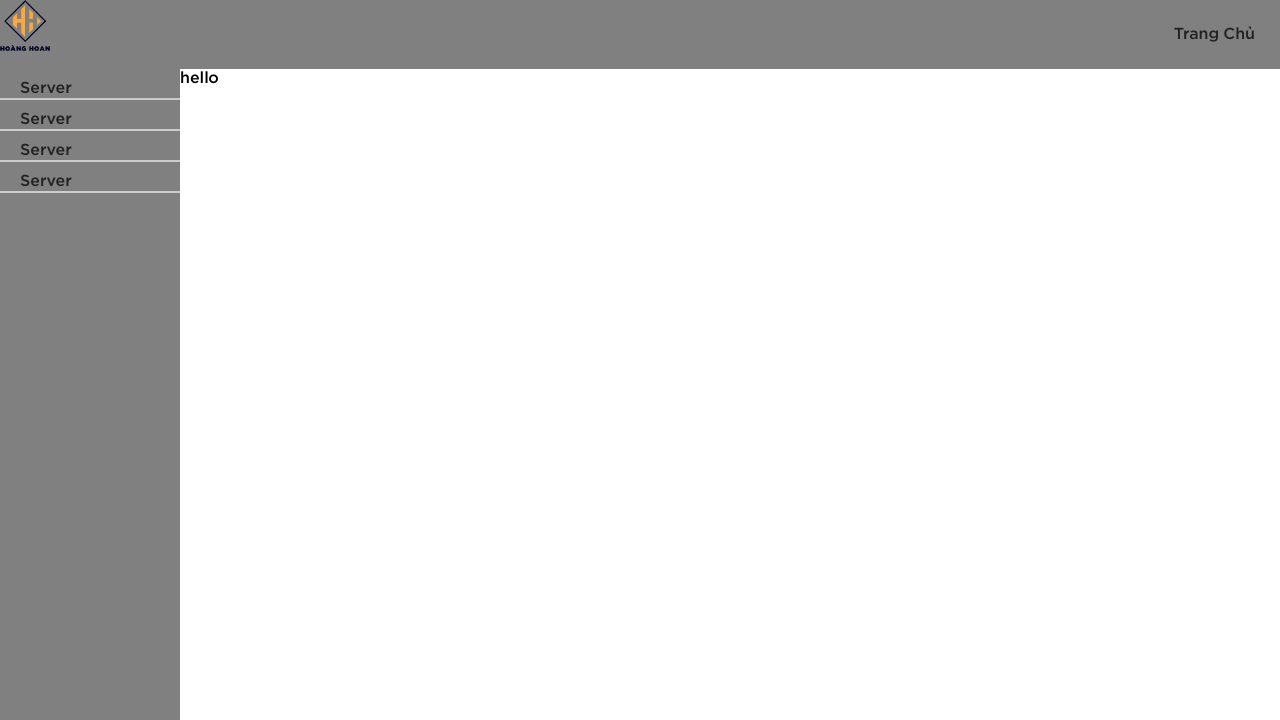
Repository: LDDUNG2003/prj_2
Page: /adminLocal
The author's editor kept a copy of each file at every save. The page is drawn from the files as they stood at one save, then again after the next save.
The browser window is 1280 px wide. The pictures show the whole page.
The project was rebuilt for these pictures with package versions that can differ from the ones it lists, and the page was loaded fresh each time. Also part of the build but not shown: src/layouts/header/itemsHeader/index.js, src/layouts/header/loginHeader/index.js, src/layouts/header/index.js, src/layouts/footer/index.js, src/layouts/defaultLayout/index.js, src/font-awesome/index.js, src/pages/home/setProductSlick/index.js, src/pages/home/index.js and 9 more.

Above is the page before, as saved 2023-10-02 16:07:49.

### public/index.html
<!doctype html>
<html lang="en">
  <head>
    <meta charset="utf-8">
    <meta name="viewport" content="width=device-width, initial-scale=1">
    <link rel="shortcut icon" href="./img/logo.png">
    <link rel="preconnect" href="https://fonts.googleapis.com">
    <link rel="preconnect" href="https://fonts.gstatic.com" crossorigin>
    <link href="https://fonts.googleapis.com/css2?family=Roboto:ital,wght@0,100;0,300;0,400;0,500;1,100;1,400;1,500;1,700;1,900&display=swap" rel="stylesheet">
    <title>Nội Thất Hoàng Hoan</title>
  </head>
  <body>
    <div id="root"></div>
  </body>
</html>

### src/index.js
import React from 'react';
import ReactDOM from 'react-dom';
import App from './App';
import './index.css';

const root = ReactDOM.createRoot(document.getElementById('root'));
root.render(
  <React.StrictMode>
    <App />
  </React.StrictMode>,
);

### src/index.css
@font-face {
    font-family: "Gotham-Medium";
    src: url(./styles/front/Gotham-Medium.otf);
}

@font-face {
    font-family: "Gotham-Thin";
    src: url(./styles/front/Gotham-Thin.otf);
}

@font-face {
    font-family: "Gotham-Ultra";
    src: url(./styles/front/Gotham-Ultra.otf);
}

html,
body {
    height: 100%;
}

#root {
    height: 100%;
}

.App {
    height: 100%;
}

### src/layouts/AdminLayout/index.js
import Header from './Header'
import AdminMenu from './AdminMenu';

function AdminLayout({children}) {
    return (
       <div className='Admin-content'>
       <Header/>
       <div className="admin-content">
        <AdminMenu/><div className="content-admin">
          {children}
        </div>
       </div>
       </div>
     );
}

export default AdminLayout;

### src/routes/index.js
import Home from '~/pages/home'
import News from '~/pages/news'
import Contact from '~/pages/contact'
import page404 from '~/pages/notfoud'
import Login from '~/pages/login'
import AdminLocal from '~/pages/adminPage'
import Upload from '~/pages/adminPage/upLoad'
import LocaPage from '~/pages/adminPage/pageLocal'


const publicRoute = [
    {path: '/',component: Home},
    {path: '/news',component: News},
    {path: '/contact',component: Contact},
    {path: '/*',component: page404, layout: 'notlayout'},
    {path: '/login',component: Login,layout: 'notlayout'},
    {path: '/adminLocal',component:AdminLocal,layout: 'adminLayout'},
    {path: '/AdminUpLoad',component:Upload , layout: 'adminLayout'},
    {path: '/pageLocalAdmin',component:LocaPage, layout: 'adminLayout'}
]

const AdminRoute = [
]

export  { AdminRoute, publicRoute}

### src/styles/css/responsive.css
@media (min-width:767px) {
    #mobileMenu {
        display: none;
    }
}

@media (max-width: 767px) {
    #root {
        margin: 0px 5px;
    }
    #mobileMenu {
        display: block;
        text-align: center;
    }
    .logo--block {
        width: 100%;
        display: flex;
        align-items: center;
        justify-content: space-between;
    }
    .navBar {
        display: block;
        height: auto;
    }
    .choose-item {
        width: 100%;
    }
    .menu-mobile {
        width: 40px;
        height: 40px;
        padding: 10px;
        border: 0px;
        background-color: var(--primary-color);
    }
    .news--item-container {
        font-size: 11px;
    }
    .content--title::before {
        display: none;
    }
    .new--item-heading {
        font-size: 14px;
    }
    .navBar__list {
        display: none;
        width: 100%;
    }
    .navBar__list-item {
        padding: 4px;
        border-bottom: 2px solid #ccc;
    }
    .about__us {
        background: none;
    }
    .about__us::before {
        background: none;
    }
    .content__focut {
        position: static;
    }
    .focut--item {
        width: 50%;
    }
    .content__banner {
        width: 100%;
    }
    .banner--content {
        display: none;
    }
    .slick-prev:before,
    .slick-next:before {
        display: none;
    }
    .about--background {
        display: none;
    }
    .about__us-bag {
        position: static;
    }
    .about--block {
        display: block;
    }
    .about--content {
        width: 100%;
        color: var(--text-color);
    }
    .about--content img {
        width: 100%;
    }
    .content--title {
        color: var(--text-color);
    }
    .news--contain {
        display: block;
    }
    .mobile-display {
        display: none;
    }
    .news--contain--item {
        width: 100%;
    }
    .news--list-item {
        width: 100%;
        overflow: hidden;
    }
    .news--list-item img {
        height: 100%;
    }
    .partner--list {
        flex-wrap: wrap;
    }
    .partner--item {
        width: 50%;
    }
    .content--contact {
        display: none;
    }
    .footer__lable {
        display: block;
    }
    .footer--list {
        width: 100%;
        padding: 10px 0px;
    }
    .footer--list-item {
        width: 100%;
        padding: 5px 0px;
    }
    /* news responsive */
    .news--content-list {
        margin: 0px 20px;
    }
    .news--content-item {
        width: 100%;
    }
    .featured--list {
        width: 100%;
        margin: 10px;
        flex-wrap: wrap;
    }
    .featured--item {
        width: 100%;
    }
}

### src/styles/css/base.css
* {
    padding: 0px;
    margin: 0px;
    font-family: "Gotham-Medium";
    text-align: justify;
}

:root {
    --primary-color: #bd945f;
    --text-color: #222222;
}


/* font setting */

.App {
    width: 100%;
    overflow: hidden;
    background-color: #fff;
}

.main {
    width: 100%;
}

.header {
    padding: 10px 0px;
    margin: auto;
    width: 100%;
    max-width: 1200px;
}

.navBar {
    display: flex;
    width: 100%;
    justify-content: space-between;
}

.logo {
    height: 60px;
}

.navBar__list {
    display: flex;
    list-style: none;
    align-items: center;
}

.navBar__list-item {
    margin: 0 10px;
    position: relative;
}

.navBar__list--link {
    text-transform: uppercase;
    font-size: 16px;
    color: var(--text-color);
    text-decoration: none;
}

.navBar__list-item::before {
    content: '';
    background-color: var(--primary-color);
    display: block;
    height: 4px;
    margin-top: 7px;
    width: 0px;
    top: 75%;
    position: absolute;
    transition: 0.3s;
    z-index: 1;
}

.Login--navBar {
    list-style: none;
    position: absolute;
    z-index: 1;
    width: 240px;
    background-color: #fff;
    padding: 15px;
    right: 0px;
    top: 150%;
    border-radius: 5px;
    border: solid 1px #ccc;
    display: none;
}

.Login--navBar::after {
    content: '';
    width: 120px;
    display: block;
    height: 9px;
    position: absolute;
    top: -9px;
    right: 0px;
}

.navBar__list-item:hover .Login--navBar {
    display: block;
}

.Login__list-item {
    padding: 4px 0px;
}

.select--item::before {
    content: '';
    background-color: var(--primary-color);
    display: block;
    height: 4px;
    margin-top: 7px;
    width: 65px;
    top: 75%;
    position: absolute;
    z-index: 1;
}

.navBar__list-item:hover::before {
    width: 65px;
}

.featured--content {
    padding-top: 10px;
    text-align: center;
}

.featured-name {
    display: contents;
    font-size: 18px;
    text-transform: capitalize;
}

.evaluate--list {
    list-style: none;
    display: flex;
    justify-content: center;
}

.evaluate--list li {
    padding: 5px;
    margin: 0;
}

.note-product {}

.content--title {
    font-size: 32px;
    padding: 50px 0px;
    text-align: center;
    position: relative;
    text-transform: uppercase;
}

.content--title::before {
    content: '';
    background-color: var(--primary-color);
    width: 90px;
    height: 9px;
    position: absolute;
    top: 70%;
    right: 47%;
}

.content__featured {
    width: 100%;
    max-width: 1200px;
    margin: auto;
    padding-bottom: 30px;
}

.featured--list {
    width: 100%;
    list-style: none;
    display: flex;
    text-align: center;
}

.featured--item {}

.featured--img {
    width: 80%;
    margin: auto;
}

.price-product {
    text-align: center;
    padding: 7px 0px;
    font-weight: 800;
    font-size: 16px;
}

.slick-prev:before,
.slick-next:before {
    color: var(--primary-color) !important;
    width: 15px;
    display: inline-block;
}

.footer {
    padding: 20px 0px;
    background-color: black;
}

.footer__lable {
    max-width: 1200px;
    margin: auto;
    display: flex;
    width: 100%;
    justify-content: space-around;
    color: #fff;
    justify-content: space-between;
}

.footer--list {
    list-style: none;
    width: 32%;
}

.footer--list-item {
    font-size: 16px;
    padding-top: 8px;
    text-transform: capitalize;
    font-family: initial;
}

.footer--list-heading {
    font-size: 18px;
    font-weight: 300;
    text-transform: uppercase;
    position: relative;
    padding-bottom: 0px;
    font-family: 'Gotham-Medium';
}

.footer--list-heading::after {
    content: '';
    background-color: var(--primary-color);
    width: 110px;
    padding-top: 6px;
    position: absolute;
    left: 0px;
    bottom: -8px;
}

.footer--inheri {
    text-transform: uppercase;
    font-weight: 600;
    font-size: 18px;
}

.footer--list-contact {
    display: flex;
    list-style: none;
}

.fooder--list-contact-item {
    width: 16px;
    padding: 5px;
}

### src/layouts/AdminLayout/Header/index.js
import { Link } from "react-router-dom";
import Logo from "~/logo.png"
import '../styles/index.css'
function Header() {
    return (
        <nav className="admin_laybel">
            <Link to="/"><img className="logo-admin" src={Logo} alt="" /></Link>
            <ul className="admin-List">
                <li className='Admin-item'><Link className="admin-Link" to='/'>Trang Chủ</Link></li>
            </ul>
        </nav>
     );
}

export default Header;

### src/layouts/AdminLayout/AdminMenu/index.js
import { Link } from "react-router-dom";

function AdminMenu() {
    return (
        <nav className="Menu-Admin">
            <ul className="Menu-List">
                <li className="Menu-List--item"><Link className="admin-Link" to='/'>Server</Link></li>
                <li className="Menu-List--item"><Link className="admin-Link" to='/'>Server</Link></li>
                <li className="Menu-List--item"><Link className="admin-Link" to='/'>Server</Link></li>
                <li className="Menu-List--item"><Link className="admin-Link" to='/'>Server</Link></li>
            </ul>
        </nav>
    );
}

export default AdminMenu;

### src/pages/adminPage/index.js
import { Link } from "react-router-dom";

function AdminLocal() {
    function Redirect() {
        window.location="http://localhost:3000/";
     }

    var adminAccount = true;
    if(adminAccount) {
        return (
            <div className="content">hello</div>
        );
    }else{
        Redirect()
        console.log("null admin accound")
    }
}

export default AdminLocal;

### src/layouts/AdminLayout/styles/index.css
.Admin-content {
    height: 100%;
}

.logo-admin {
    width: 50px;
    filter: contrast(200%);
}

.admin_laybel {
    background-color: gray;
    display: flex;
    width: 100%;
    max-width: 1300px;
    justify-content: space-between;
    margin: auto;
}

.admin-List {
    display: flex;
    padding: 10px;
    list-style: none;
}

.Admin-item {
    padding: 15px;
}

.admin-Link {
    font-size: 1rem;
    color: var(--text-color);
    text-decoration: none;
    text-transform: capitalize;
    width: 100%;
    display: block;
}

.admin-Link:hover {
    color: white !important;
}

.admin-content {
    display: flex;
    width: 100%;
    max-width: 1300px;
    margin: auto;
    height: 100%;
}

.Menu-Admin {
    width: 180px;
    height: 100%;
    background-color: gray;
}

.Menu-List {
    list-style: none;
}

.Menu-List--item {
    padding-left: 20px;
    padding-top: 10px;
    border-bottom: 2px solid #ccc;
    width: 100%;
}

.Menu-List--item:hover {
    background-color: wheat !important;
}

### src/pages/notfoud/index.css
* {
    -webkit-box-sizing: border-box;
    box-sizing: border-box;
}

body {
    padding: 0;
    margin: 0;
}

#notfound {
    position: relative;
    height: 100vh;
}

#notfound .notfound {
    position: absolute;
    left: 50%;
    top: 50%;
    -webkit-transform: translate(-50%, -50%);
    -ms-transform: translate(-50%, -50%);
    transform: translate(-50%, -50%);
}

.notfound {
    max-width: 520px;
    width: 100%;
    line-height: 1.4;
    text-align: center;
}

.notfound .notfound-404 {
    position: relative;
    height: 200px;
    margin: 0px auto 20px;
    z-index: -1;
}

.notfound .notfound-404 h1 {
    font-family: 'Montserrat', sans-serif;
    font-size: 236px;
    font-weight: 200;
    margin: 0px;
    color: #211b19;
    text-transform: uppercase;
    position: absolute;
    left: 50%;
    top: 50%;
    -webkit-transform: translate(-50%, -50%);
    -ms-transform: translate(-50%, -50%);
    transform: translate(-50%, -50%);
}

.notfound .notfound-404 h2 {
    font-family: 'Montserrat', sans-serif;
    font-size: 28px;
    font-weight: 400;
    text-transform: uppercase;
    color: #211b19;
    background: #fff;
    padding: 10px 5px;
    margin: auto;
    display: inline-block;
    position: absolute;
    bottom: 0px;
    left: 0;
    right: 0;
}

.notfound a {
    font-family: 'Montserrat', sans-serif;
    display: inline-block;
    font-weight: 700;
    text-decoration: none;
    color: #fff;
    text-transform: uppercase;
    padding: 13px 23px;
    background: #ff6300;
    font-size: 18px;
    -webkit-transition: 0.2s all;
    transition: 0.2s all;
}

.notfound a:hover {
    color: #ff6300;
    background: #211b19;
}

@media only screen and (max-width: 767px) {
    .notfound .notfound-404 h1 {
        font-size: 148px;
    }
}

@media only screen and (max-width: 480px) {
    .notfound .notfound-404 {
        height: 148px;
        margin: 0px auto 10px;
    }
    .notfound .notfound-404 h1 {
        font-size: 86px;
    }
    .notfound .notfound-404 h2 {
        font-size: 16px;
    }
    .notfound a {
        padding: 7px 15px;
        font-size: 14px;
    }
}

### src/styles/css/login.css
.login-page {
    width: 100%;
    height: 100%;
    padding: auto;
    padding: 10% 0 10% 0;
    margin: auto;
    background-color: #87c98b;
}

.form {
    position: relative;
    z-index: 1;
    background: #ffffff;
    max-width: 360px;
    margin: 0 auto 100px;
    padding: 45px;
    text-align: center;
    box-shadow: 0 0 20px 0 rgba(0, 0, 0, 0.2), 0 5px 5px 0 rgba(0, 0, 0, 0.24);
}

.form input {
    font-family: "Roboto", sans-serif;
    outline: 0;
    background: #f2f2f2;
    width: 100%;
    border: 0;
    margin: 0 0 15px;
    padding: 15px;
    box-sizing: border-box;
    font-size: 14px;
}

.form button {
    font-family: "Roboto", sans-serif;
    text-transform: uppercase;
    outline: 0;
    background: #4CAF50;
    width: 100%;
    border: 0;
    padding: 15px;
    color: #FFFFFF;
    font-size: 14px;
    -webkit-transition: all 0.3 ease;
    transition: all 0.3 ease;
    cursor: pointer;
}

.form button:hover,
.form button:active,
.form button:focus {
    background: #43A047;
}

.form .message {
    margin: 15px 0 0;
    color: #b3b3b3;
    font-size: 12px;
}

.form .message a {
    color: #4CAF50;
    text-decoration: none;
}

.form .register-form {
    display: none;
}

.container {
    position: relative;
    z-index: 1;
    max-width: 300px;
    margin: 0 auto;
}

.container:before,
.container:after {
    content: "";
    display: block;
    clear: both;
}

.container .info {
    margin: 50px auto;
    text-align: center;
}

.container .info h1 {
    margin: 0 0 15px;
    padding: 0;
    font-size: 36px;
    font-weight: 300;
    color: #1a1a1a;
}

.container .info span {
    color: #4d4d4d;
    font-size: 12px;
}

.container .info span a {
    color: #000000;
    text-decoration: none;
}

.container .info span .fa {
    color: #EF3B3A;
}

body {
    /* background: #76b852; */
    /* fallback for old browsers */
    /* background: rgb(141, 194, 111);
    background: linear-gradient(90deg, rgba(141, 194, 111, 1) 0%, rgba(118, 184, 82, 1) 50%); */
    font-family: "Roboto", sans-serif;
    -webkit-font-smoothing: antialiased;
    -moz-osx-font-smoothing: grayscale;
}

### src/styles/css/home.css
.content {
    width: 100%;
    /* max-width: 1500px; */
    margin: auto;
}

.content__banner {
    width: 100%;
    position: relative;
}

.content--list-image {
    width: 100%;
    max-width: 1500px;
    margin: auto;
}

.content--image {
    width: 100%;
}

.banner--content {
    position: absolute;
    top: 10%;
    left: 15%;
}

.banner--content-text-title {
    text-transform: uppercase;
    font-family: 800;
    font-family: "gotham-utral";
    font-size: 25px;
}

.banner--content-text {
    font-size: 18px;
    color: var(--text-color);
    width: 420px;
}

.banner--button {
    padding: 20px;
    color: aliceblue;
    background-color: var(--primary-color);
    border: none;
    font-family: "gotham-utral";
    font-size: 18px;
    cursor: pointer;
}

.content__focut {
    position: relative;
    background-color: #ffffff;
    top: -60px;
    max-width: 1200px;
    width: 100%;
    margin: auto;
}

.focut--list {
    margin: auto;
    display: flex;
    width: 100%;
    list-style: none;
    flex-wrap: wrap;
}

.focut--item {
    width: 25%;
    text-align: center;
}

.focut--img {
    width: 100%;
}

.focut--text {
    text-align: center;
    font-size: 23px;
}

.content__featured {
    width: 100%;
    max-width: 1200px;
    margin: auto;
    padding-bottom: 30px;
}

.featured--list {
    width: 100%;
    list-style: none;
    display: flex;
    text-align: center;
}

.featured--item {
    width: 24%;
}

.featured--img {
    width: 80%;
    margin: auto;
}

.about__us {
    position: relative;
    width: 100%;
    max-width: 1500px;
    margin: auto;
    padding: 20px 0px;
    background-image: url("../img/bg-about-us.jpg");
    display: flex;
    justify-content: center;
}

.about__us::before {
    content: "";
    position: absolute;
    width: 100%;
    height: 100%;
    background-color: black;
    opacity: 0.5;
    z-index: 0;
    top: 0px;
    display: block;
}

.about__us-bag {
    top: 0px;
    width: 100%;
    max-width: 1200px;
    left: 10%;
    color: #ffffff;
    z-index: 1;
}

.about__content {
    width: 100%;
}

.about--block {
    display: flex;
    justify-content: space-between;
}

.about--content {
    width: 47%;
}

.about--content--title {
    font-size: 23px;
}

.about--text--list {
    font-size: 16px;
    padding: 10px 0px;
}

.about--text {
    padding: 10px 0px;
}

.about--list {
    list-style: none;
    display: flex;
}

.about--item {
    width: 20%;
    padding: 4px;
}

.about--img {
    width: 100%;
}

.choose__choose {
    width: 100%;
}

.choose--list {
    list-style: none;
    display: flex;
    flex-wrap: wrap;
    justify-content: space-between;
}

.choose--item {
    align-items: center;
    margin: 5px 0px;
    width: 48%;
    display: flex;
    background-color: #ffffff;
}

.choose--content-title {
    color: var(--primary-color);
    font-size: 23px;
    text-transform: uppercase;
    font-weight: 800;
}

.choose--text {
    font-weight: 700;
    font-size: 16px;
    padding: 5px 0px;
    color: var(--text-color);
}

.news {
    margin: auto;
    width: 100%;
    max-width: 1500px;
}

.content--title {}

.news--contain {
    margin: auto;
    display: flex;
    width: 100%;
    justify-content: space-between;
}

.news--contain--item {
    width: 48%;
    position: relative;
}

.impotant--grd {
    height: 460px;
    width: 100%;
}

.news-contain-impotant {
    margin-right: 10px;
    position: absolute;
    bottom: 0;
    height: 30%;
    background-color: var(--primary-color);
    padding: 20px 10px;
    width: 100%;
}

.news--impotant-heading {
    font-size: 23px;
    text-transform: uppercase;
    color: #ffffff;
}

.news--impotant-text {
    font-size: 16px;
}

.news--list {
    list-style: none;
}

.news--list-item {
    margin: 5px 0;
    display: flex;
    height: 105px;
}

.new--item-heading {
    font-size: 21px;
    text-transform: capitalize;
}

.news--item-container {
    font-size: 16px;
    margin: 5px;
    font-weight: 100;
    text-align: justify;
}

.news--impotant-text {
    margin: 0px;
}

.partner--contain {}

.partner--list {
    display: flex;
    list-style: none;
    flex-wrap: wrap;
    width: 100%;
    /* setup max width  */
    max-width: 1200px;
    margin: auto;
}

.partner--item {
    /* setup width calc 100/7 */
    width: calc(100% / 7);
    /* width: calc(100%/7%); */
}

.content--contact {
    width: 100%;
    margin: auto;
    max-width: 1600px;
    position: relative;
    box-sizing: border-box;
}

.contact--contain {
    height: 100%;
}

.contact-bg {
    width: 100%;
    height: 100%;
}

.contact-contain {}

.contact-image {
    position: absolute;
    display: none;
}

Loaded but not shown: src/App.js (43 lines, source omitted)

After the next save:
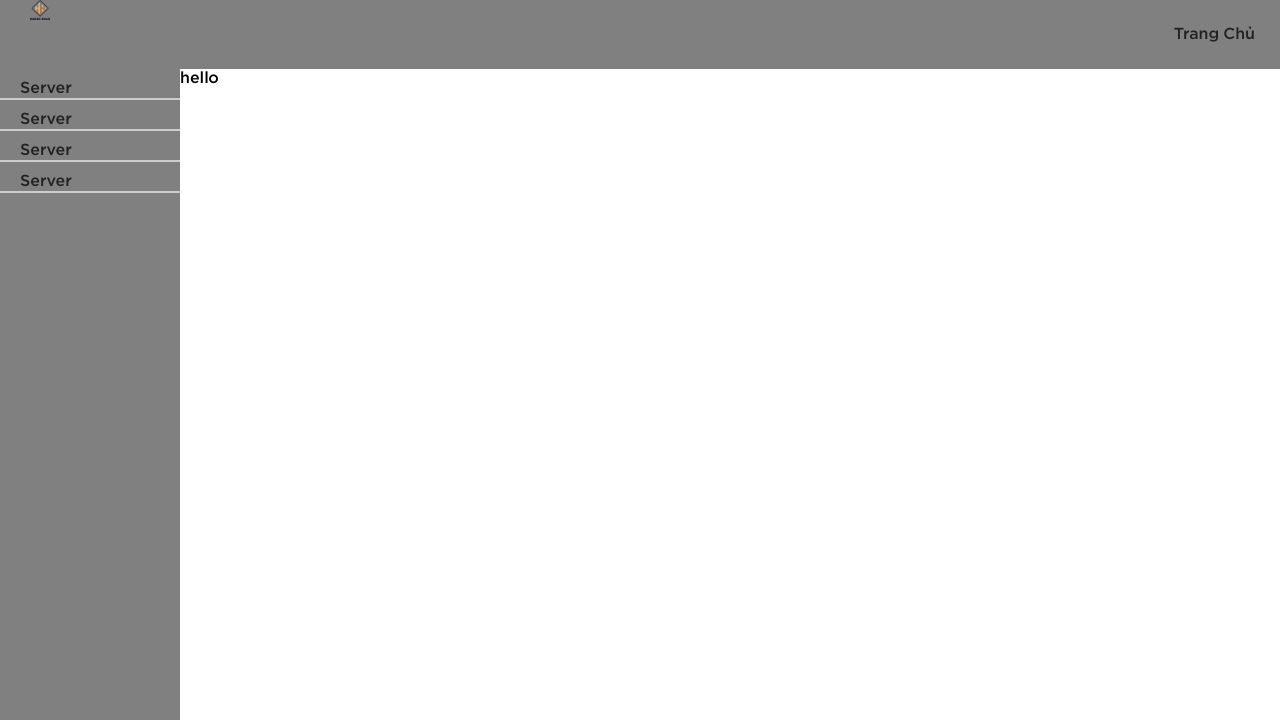
Saved 28 s later.
--- a/src/layouts/AdminLayout/styles/index.css
+++ b/src/layouts/AdminLayout/styles/index.css
@@ -3,6 +3,7 @@
 }
 
 .logo-admin {
+    padding-left: 30px;
     width: 50px;
     filter: contrast(200%);
 }

After the save that followed:
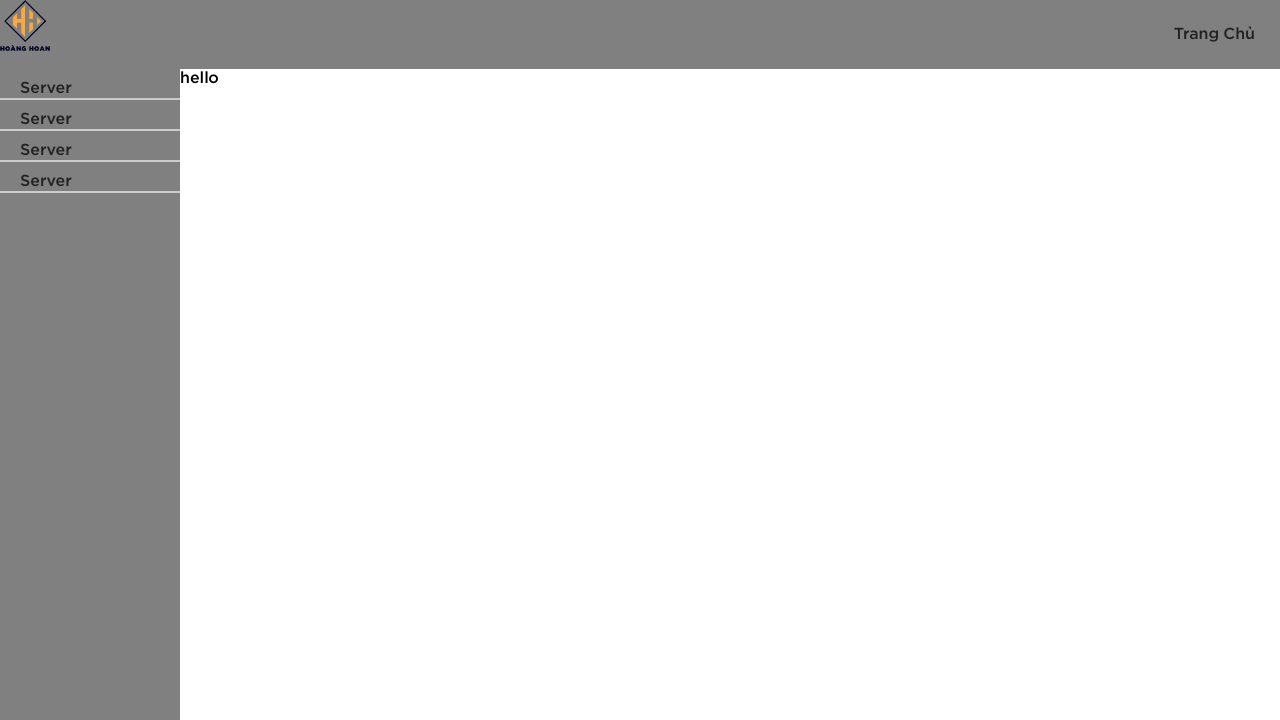
Saved 88 s later.
--- a/src/layouts/AdminLayout/styles/index.css
+++ b/src/layouts/AdminLayout/styles/index.css
@@ -3,7 +3,6 @@
 }
 
 .logo-admin {
-    padding-left: 30px;
     width: 50px;
     filter: contrast(200%);
 }
